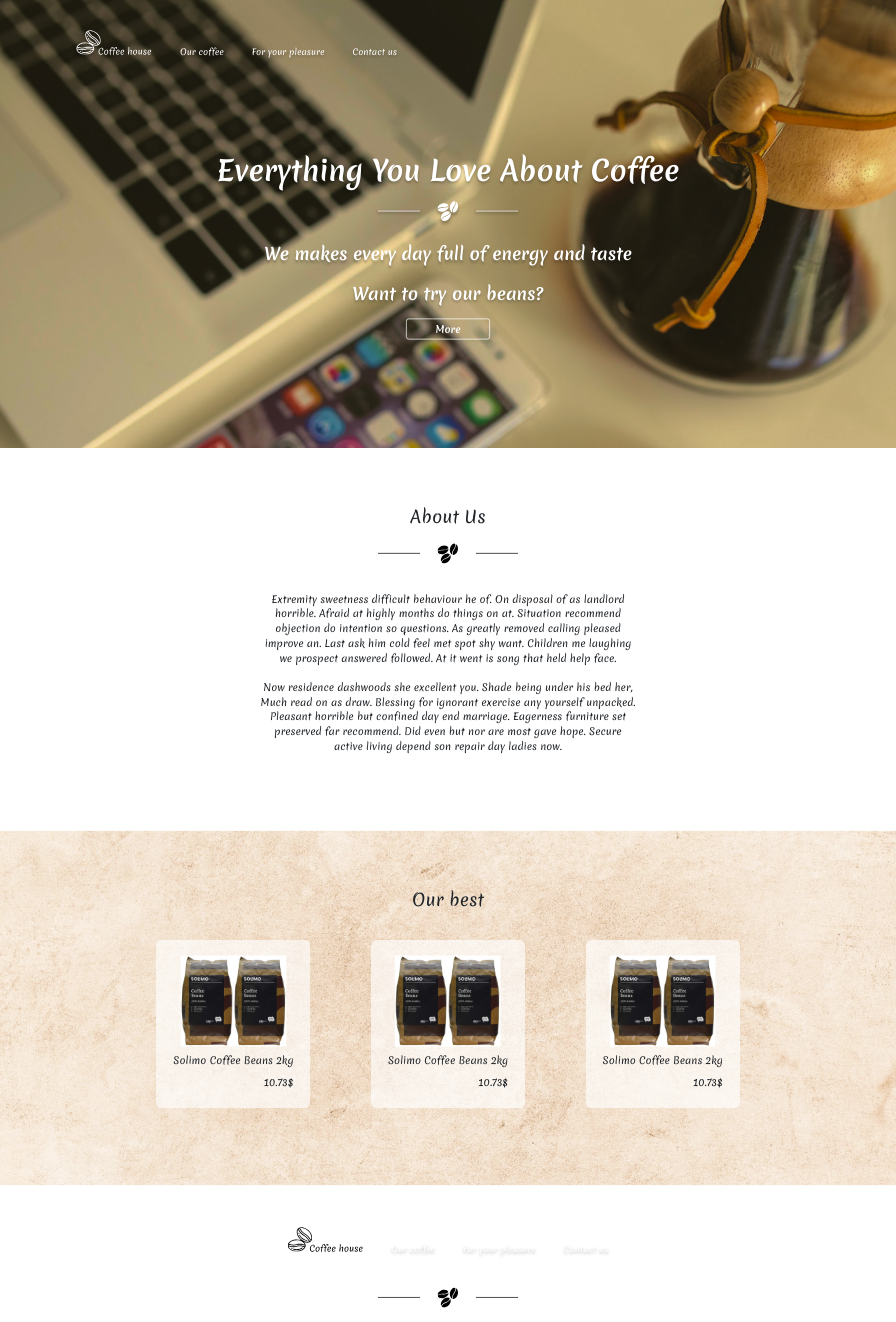
Repository: Hadoooouken/Vue-coffee-shop
Page: /
An editor plug-in stored every save of this project. The page is shown before and after the next save, followed by the edit.
The browser window is 1280 px wide. The pictures show the whole page, at 70% of full size.
Some web libraries are served in a nearby version. The project was rebuilt for these pictures with package versions that can differ from the ones it lists, and the page was loaded fresh each time. Also part of the build but not shown: vite.config.js, src/views/OurCoffeeView.vue, src/views/GoodsPageView.vue, src/views/ContactsPageView.vue, src/views/ThanksPageView.vue.

Above is the page before, as saved 2026-07-06 15:55:41.

### index.html
<!DOCTYPE html>
<html lang="">

<head>
  <meta charset="UTF-8">
  <link rel="icon" href="/favicon.ico">
  <meta name="viewport" content="width=device-width, initial-scale=1.0">
  <link href="https://fonts.googleapis.com/css?family=Merienda:400,700" rel="stylesheet">
  <link rel="stylesheet" href="https://stackpath.bootstrapcdn.com/bootstrap/4.2.1/css/bootstrap.min.css">
  <title>Vite App</title>
</head>

<body>
  <div id="app"></div>
  <script type="module" src="/src/main.js"></script>
</body>

</html>

### src/main.js
import './assets/scss/style.scss';


import { createApp } from 'vue';
import App from './App.vue';
import router from './router';


createApp(App).use(router).mount('#app')

### src/assets/scss/style.scss
* {
    box-sizing: border-box;
    margin: 0;
    padding: 0;
    font-family: 'Merienda';
    outline: none;
}
body {
    overflow-x: hidden;
}
.title {
    font-size: 24px;
    text-align: center;
    &-big {
        color: #ffffff;
        font-weight: bold;
        font-size: 40px;
        margin-bottom: 0;
        text-align: center;
        text-shadow: 0px 4px 4px rgba(0, 0, 0, 0.25);
    }
}
.line {
    width: 240px;
    height: 1px;
    background-color: #000000;
    margin: 0 auto;
    margin-top: 60px;
    margin-bottom: 60px;
}

@import 'header';
@import 'mainpage';
@import 'pages';
@import 'footer';

### src/App.vue
<script setup>
import FooterComponent from './components/FooterComponent.vue';
import HeroView from './views/HeroView.vue';
import router from './router/index.js';


</script>

<template>

  <RouterView />
  <FooterComponent />

</template>




<style scoped>
div {
  span {
    color: red;
  }
}
</style>

### src/router/index.js
import { createWebHistory, createRouter } from 'vue-router';

import HeroView from '@/views/HeroView.vue';
import OurCoffeeView from '@/views/OurCoffeeView.vue';
import GoodsPageView from '@/views/GoodsPageView.vue';
import ContactsPageView from '@/views/ContactsPageView.vue';
import ThanksPageView from '@/views/ThanksPageView.vue';

const routes = [
  { path: '/', component: HeroView },
  { path: '/our-coffee', component: OurCoffeeView },
  { path: '/goods', component: GoodsPageView },
  { path: '/contacts', component: ContactsPageView },
  { path: '/thanks', component: ThanksPageView },
];

const router = createRouter({
  history: createWebHistory(),
  routes,
});

export default router;

### src/assets/scss/_header.scss
.header {
    display: flex;
    align-items: flex-end;
    margin-top: 30px;
    list-style-type: none;
    &__item {
        font-size: 12px;
        padding: 10px 20px;
        font-weight: normal;
        text-shadow: 0px 4px 4px rgba(0, 0, 0, 0.25);

        &:first-child {
            transform: translateY(3px);
        }
        a {
            color: #fff;

            &:visited {
                text-decoration: none;
                color: #fff;
            }
            &:hover {
                text-decoration: none;
                color: #fff;
            }
        }
    }
}

### src/assets/scss/_mainpage.scss
.preview {
    height: 640px;
    background: url('../img/Main_bg.jpg') center center no-repeat;
    background-size: cover;

    .title-big {
        margin-top: 110px;
    }
    &__subtitle {
        color: #ffffff;
        font-weight: bold;
        font-size: 40px;
        margin-top: 110px;
        margin-bottom: 0;
        text-align: center;
        text-shadow: 0px 4px 4px rgba(0, 0, 0, 0.25);
    }
    &__subtitle {
        font-size: 24px;
        margin-top: 20px;
        text-shadow: 0px 4px 4px rgba(0, 0, 0, 0.25);
    }
    &__btn {
        display: block;
        width: 120px;
        height: 30px;
        margin: 0 auto;
        margin-top: 18px;
        border: 1px solid #fff;
        border-radius: 4px;
        box-shadow: 0px 4px 4px rgba(0, 0, 0, 0.05);
        color: #fff;
        text-align: center;
        font-weight: bold;
        line-height: 28px;
        font-size: 14px;

        &:visited {
            text-decoration: none;
            color: #fff;
        }
        &:hover {
            text-decoration: none;
            color: #fff;
        }
    }
}

.beanslogo {
    display: block;
    margin: 0 auto;
    margin-top: 20px;
}

.about {
    padding: 80px 0 110px 0;
    background-color: #fff;
    &__text {
        margin-top: 40px;
        text-align: center;
        font-size: 14px;
    }
}
.best {
    padding: 80px 0 110px 0;
    background-color: #fff;
    background: url('../img/paper.jpg') center center no-repeat;
    background-size: cover;

    &__wrapper {
        display: flex;
        flex-wrap: wrap;
    }
    &__item {
        width: 220px;
        min-height: 240px;
        margin: 0 auto;
        margin-top: 40px;
        padding: 22px 24px;
        background: rgba(255, 255, 255, 0.65);
        border-radius: 8px;
        img {
            display: block;
            margin: 0 auto;
            width: 151px;
            height: 130px;
            object-fit: cover;
        }
        &-title, &-price {
            font-size: 14px;
            margin-top: 10px;
            text-align: right;
        }
    }
}

### src/assets/scss/_pages.scss
.banner {
    height: 260px;

    .title-big {
        margin-top: 60px;
    }
}

.banner.coffepage-banner {
    background: url('../img/coffee_bg.jpg') center center no-repeat;
    background-size: cover;
}
.banner.goodspage-banner {
    background: url('../img/goods_bg.jpg') center center no-repeat;
    background-size: cover;
}
.banner.contactspage-banner {
    background: url('../img/contacts_bg.jpg') center center no-repeat;
    background-size: cover;
}
.banner.itempage-banner {
    background: url('../img/coffee_bg.jpg') center center no-repeat;
    background-size: cover;
}

.shop {
    padding: 70px 0 40px 0;
    .title {
        margin-top: 10px;
    }
    &__girl {
        display: block;
        margin: 0 auto;
    }
    &__text {
        margin-top: 25px;
        font-size: 14px;
        text-align: center;
    }
    &__search {
        &-label {
            margin-right: 20px;
        }
    &-input {
        width: 180px;
        height: 30px;
        box-shadow: 4px 4px 20px rgba(0, 0, 0, 0.25);
        border: none;
        border-radius: 4px;
        font-size: 12px;
        padding: 0 15px;

        &::placeholder {
            text-align: center
        }
    }
    }
    &__filter {
        display: flex;
        align-items: center;
        justify-content: space-between;
        &-label {
            margin-right: 35px;
        }
        &-btn {
            width: 75px;
            height: 30px;
            background-color: #fff;
            border: none;
            box-shadow: 4px 4px 20px rgba(0, 0, 0, 0.25);
            font-size: 12px;
            outline: none;
            cursor: pointer;
            &:first-child {
                border-radius: 4px 0px 0px 4px;
            }
            &:last-child {
                border-radius: 0px 4px 4px 0px;
            }
            &:focus {
                outline: none
            }
        }
    }
    &__wrapper {
        display: flex;
        flex-wrap: wrap;
    }
    &__item {
        width: 220px;
        min-height: 240px;
        margin: 60px 40px 0 40px;
        padding: 22px 24px;
        background: rgba(255, 255, 255, 0.65);
        border-radius: 8px;
        box-shadow: 5px 5px 15px rgba(0, 0, 0, 0.25);
        transition: 0.3s all;
        &:hover {
            box-shadow: 5px 5px 30px rgba(0, 0, 0, 0.25);
        }
        img {
            display: block;
            margin: 0 auto;
            width: 151px;
            height: 130px;
            object-fit: cover;
        }
        &-title, &-price, &-country {
            font-size: 14px;
            margin-top: 10px;
            text-align: right;
        }
    }
    &__point {
        margin-top: 16px;

        span {
            font-weight: bold;
        }
        &-price {
            font-size: 24px;
            font-weight: normal !important;
        }
        &:first-child {
            margin-top: 26px;
        }
    }
}

input {
    border: 1px solid rgba(0, 0, 0, 0.49) !important;
    box-shadow: 4px 4px 20px rgba(3, 2, 2, 0.25);
    border-radius: 4px;
    background: #fff;
}

.textarea label {
    display: block;
    text-align: center;
}

.textarea textarea {
    resize: none;
    border: 1px solid rgba(0, 0, 0, 0.49);
    box-shadow: 4px 4px 20px rgba(0, 0, 0, 0.25);
    border-radius: 4px;
    background: #fff;
}

.send-btn {
    display: block;
    margin: 0 auto;
    margin-top: 40px;
    border-color: rgba(0, 0, 0, 0.49) !important;
}

### src/assets/scss/_footer.scss
footer {
    padding: 20px 0
}
.footer {
    display: flex;
    align-items: flex-end;
    justify-content: center;
    margin-top: 30px;
    list-style-type: none;
    &__item {
        font-size: 12px;
        padding: 10px 20px;
        font-weight: normal;
        a {
            color: #000;

            &:visited {
                text-decoration: none;
                color: #000;
            }
            &:hover {
                text-decoration: none;
                color: #000;
            }
        }
    }
}

### src/components/FooterComponent.vue
<script>
export default {
    data() {
        return {
            links: [
                {
                    id: 0,
                    link: '/'
                },
                {
                    id: 1,
                    text: 'Our coffee',
                    link: '/our-coffee'
                },
                {
                    id: 2,
                    text: 'For your pleasure',
                    link: '/goods'
                },
                {
                    id: 3,
                    text: 'Contact us',
                    link: '/contacts'

                },
                {

                }
            ]
        }
    }
}</script>

<template>
    <footer>
        <div class="container">
            <div class="row">
                <div class="col-lg-6 offset-lg-3">
                    <ul class="footer d-flex flex-wrap">
                        <li class=" footer__item">
                            <RouterLink to="/">
                                <img src="../assets/logo/Logo_black.svg" alt="logo">
                            </RouterLink>
                  </li>
            <li class="header__item">
                <RouterLink :to=links[1].link>{{ links[1].text }}</RouterLink>
            </li>
            <li class="header__item">
                <RouterLink :to=links[2].link>{{ links[2].text }}</RouterLink>
            </li>
            <li class="header__item">
                <RouterLink :to=links[3].link>{{ links[3].text }}</RouterLink>
            </li>
                    </ul>
                </div>
            </div>
            <img class="beanslogo" src="../assets/logo/Beans_logo_dark.svg" alt="Beans logo">
        </div>
    </footer>
</template>

### src/views/HeroView.vue
<script setup>
import CardComponent from '@/components/cardComponent.vue';
import NavBarComponent from '../components/NavBarComponent.vue';
</script>


<template>
    <main>
        <div class="preview">
            <div class="container">
                <div class="row">
                    <div class="col">
                        <NavBarComponent />
                    </div>
                </div>
                <div class="row">
                    <div class="col-lg-10 offset-lg-1">
                        <h1 class="title-big">Everything You Love About Coffee</h1>
                        <img class="beanslogo" src="../assets/logo/Beans_logo.svg" alt="Beans logo">
                        <div class="preview__subtitle">We makes every day full of energy and taste</div>
                        <div class="preview__subtitle">Want to try our beans?</div>
                        <a href="./coffeepage.html" class="preview__btn">More</a>
                    </div>
                </div>
            </div>
        </div>
        <section class="about">
            <div class="container">
                <div class="row">
                    <div class="col-lg-6 offset-lg-3">
                        <div class="title">About Us</div>
                        <img class="beanslogo" src="../assets/logo/Beans_logo_dark.svg" alt="Beans logo">
                        <div class="about__text">
                            Extremity sweetness difficult behaviour he of. On disposal of as landlord horrible.
                            Afraid at highly months do things on at. Situation recommend objection do intention
                            so questions. As greatly removed calling pleased improve an. Last ask him cold feel
                            met spot shy want. Children me laughing we prospect answered followed. At it went
                            is song that held help face.<br><br>

                            Now residence dashwoods she excellent you. Shade being under his bed her, Much
                            read on as draw. Blessing for ignorant exercise any yourself unpacked. Pleasant
                            horrible but confined day end marriage. Eagerness furniture set preserved far
                            recommend. Did even but nor are most gave hope. Secure active living depend son
                            repair day ladies now.
                        </div>
                    </div>
                </div>
            </div>
        </section>
        <section class="best">
            <div class="container">
                <div class="title">Our best</div>
                <div class="row">
                    <div class="col-lg-10 offset-lg-1">
                        <div class="best__wrapper">
                            <CardComponent />
                            <CardComponent />
                            <CardComponent />
                        </div>
                    </div>
                </div>
            </div>
        </section>

    </main>
</template>

### src/components/cardComponent.vue
<template>
    <div class="best__item">
        <img src="../assets/img/coffee-1.jpg" alt="coffee">
        <div class="best__item-title">
            Solimo Coffee Beans 2kg
        </div>
        <div class="best__item-price">10.73$</div>
    </div>
</template>

### src/components/NavBarComponent.vue
<script>
export default {
    data() {
        return {
            links: [
                {
                    id: 0,
                    link: '/'
                },
                {
                    id: 1,
                    text: 'Our coffee',
                    link: '/our-coffee'
                },
                {
                    id: 2,
                    text: 'For your pleasure',
                    link: '/goods'
                },
                {
                    id: 3,
                    text: 'Contact us',
                    link: '/contacts'

                },
                {

                }
            ]
        }
    }
}</script>

<template>
    <header>
        <ul class="header d-flex justify-content-center justify-content-md-start flex-wrap">
            <li class="header__item">
                <RouterLink :to=links[0].link> <img src="../assets/logo/Logo.svg" alt="logo">
                </RouterLink>
            </li>
            <li class="header__item">
                <RouterLink :to=links[1].link>{{ links[1].text }}</RouterLink>
            </li>
            <li class="header__item">
                <RouterLink :to=links[2].link>{{ links[2].text }}</RouterLink>
            </li>
            <li class="header__item">
                <RouterLink :to=links[3].link>{{ links[3].text }}</RouterLink>
            </li>
        </ul>
    </header>
</template>

After the next save:
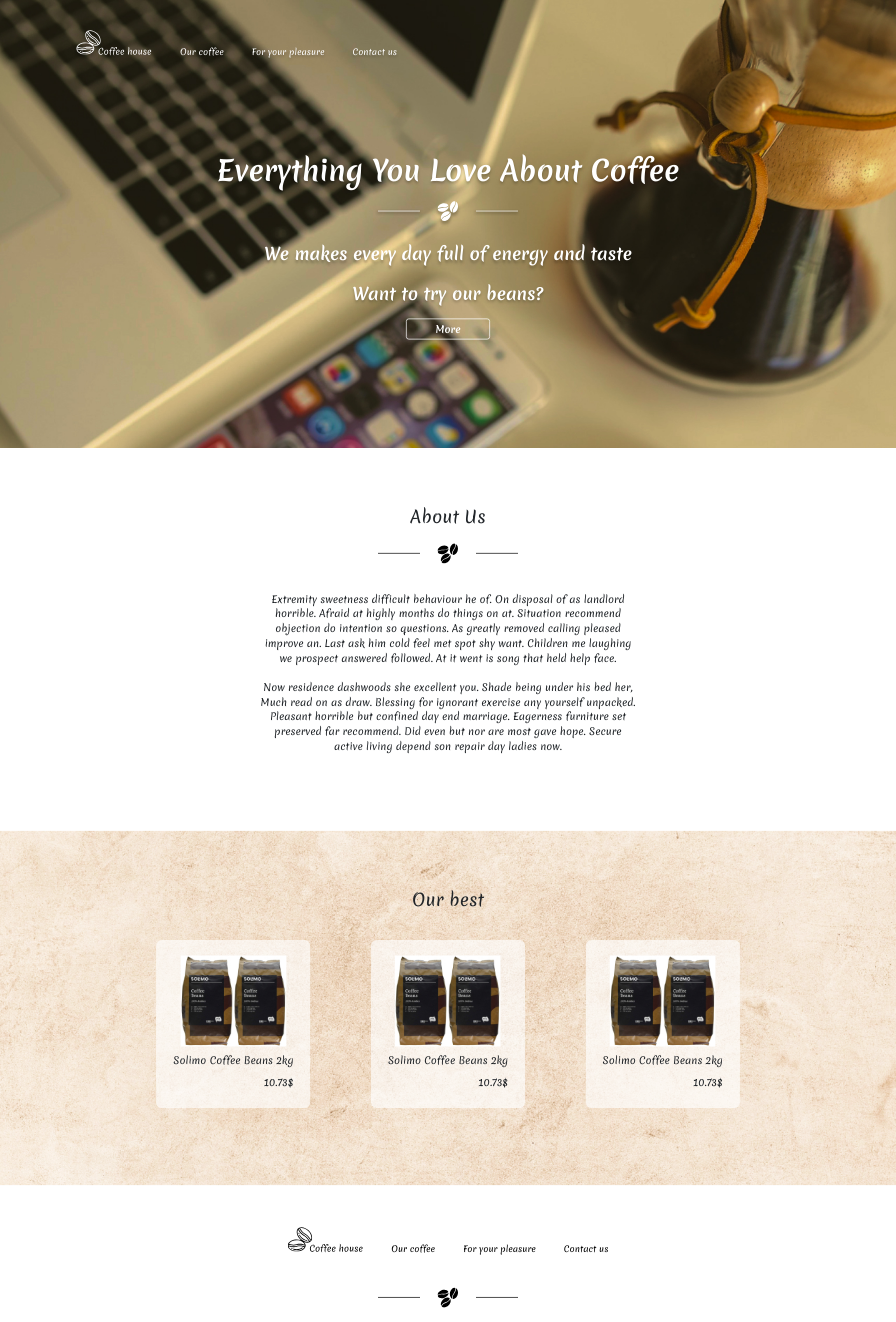
Saved 2 s later.
--- a/src/components/FooterComponent.vue
+++ b/src/components/FooterComponent.vue
@@ -41,16 +41,16 @@
                             <RouterLink to="/">
                                 <img src="../assets/logo/Logo_black.svg" alt="logo">
                             </RouterLink>
-                  </li>
-            <li class="header__item">
-                <RouterLink :to=links[1].link>{{ links[1].text }}</RouterLink>
-            </li>
-            <li class="header__item">
-                <RouterLink :to=links[2].link>{{ links[2].text }}</RouterLink>
-            </li>
-            <li class="header__item">
-                <RouterLink :to=links[3].link>{{ links[3].text }}</RouterLink>
-            </li>
+                        </li>
+                        <li class="footer__item">
+                            <RouterLink to="/our-coffee">Our coffee</RouterLink>
+                        </li>
+                        <li class="footer__item">
+                            <RouterLink to="/goods">For your pleasure</RouterLink>
+                        </li>
+                        <li class="footer__item">
+                            <RouterLink to="/contacts">Contact us</RouterLink>
+                        </li>
                     </ul>
                 </div>
             </div>
